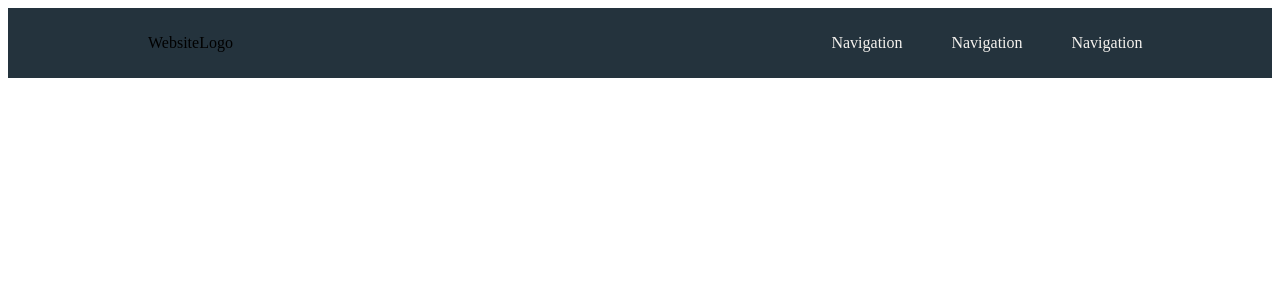
Repository: piotrokrutniak/Projekt-Studia
Page: index.html
An editor plug-in stored every save of this project. The page is shown before and after the next save, followed by the edit.
The browser window is 1280 px wide. The pictures show the whole page.

Above is the page before, as saved 2023-03-04 03:14:30.

After the next save:
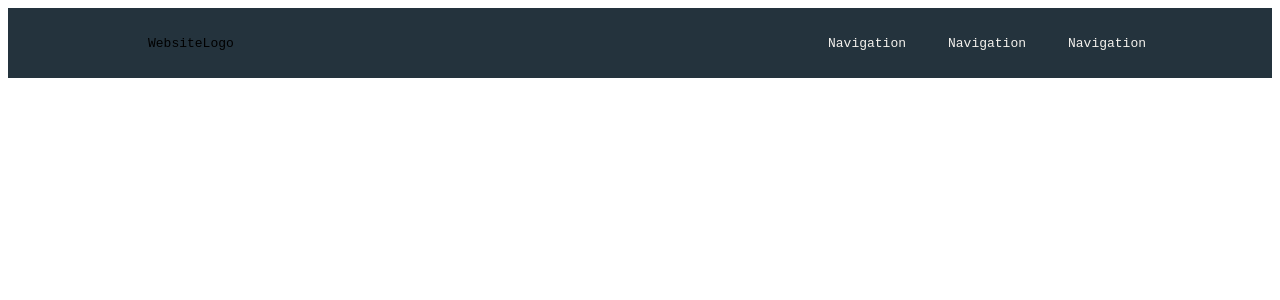
Saved 3 min 45 s later.
--- a/styles.css
+++ b/styles.css
@@ -1,3 +1,7 @@
+body{
+    font-family: monospace;
+}
+
 .navbar-container{
     width: 100%;
     height: 70px;
